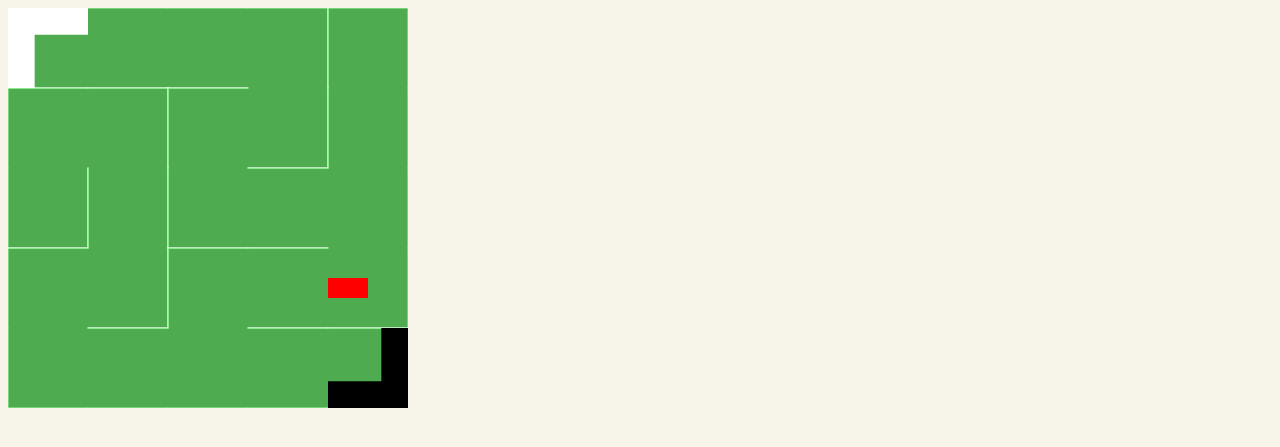
Repository: animarcus/maze-generator
Page: index.html
An editor plug-in stored every save of this project. The page is shown before and after the next save, followed by the edit.
The browser window is 1280 px wide. The pictures show the whole page.
Some web libraries are served in a nearby version.

Above is the page before, as saved 2020-09-12 19:39:05.

After the next save:
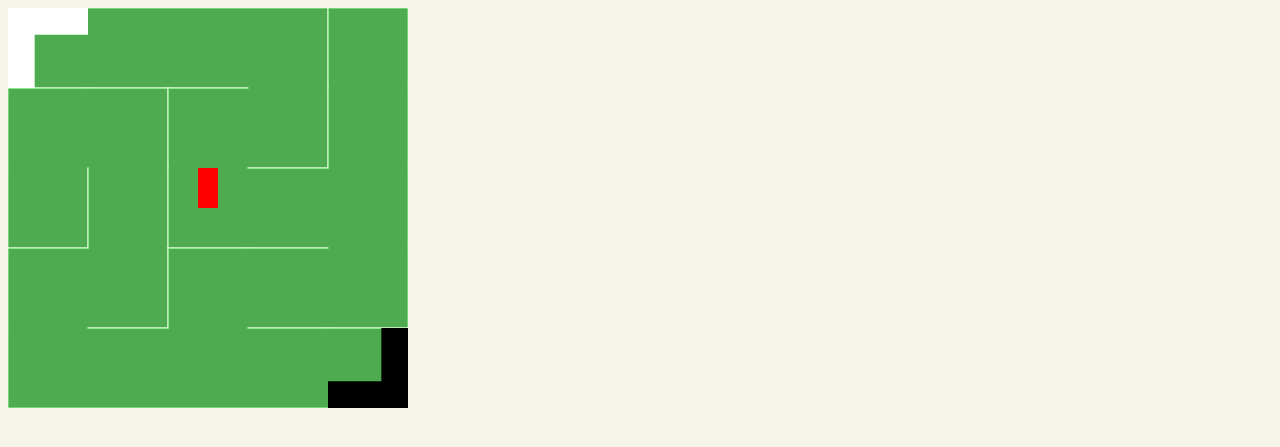
Saved 115 s later.
--- a/js/sketch.js
+++ b/js/sketch.js
@@ -61,7 +61,7 @@ let maze = {
       current = stack.pop();
       if (stack.length == 0) {
         frameRate(3);
-        solver = new Solver(0, 0);
+        solver = new Solver(3, 3);
         generated = true;
 
         solveOK = true;
